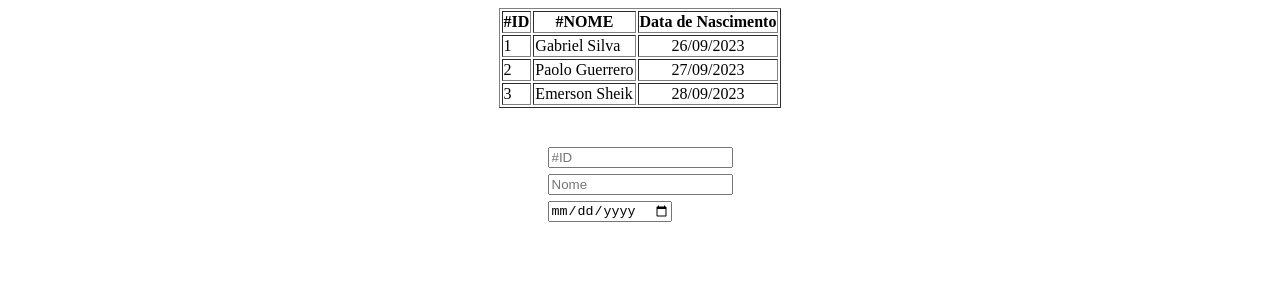
Repository: gabrielsilva9810/FATEC_LABEngSoftware
Page: ExemploHTML/src/main/webapp/index.html
An editor plug-in stored every save of this project. The page is shown before and after the next save, followed by the edit.
The browser window is 1280 px wide. The pictures show the whole page.

Above is the page before, as saved 2023-08-26 13:22:49.

### ExemploHTML/src/main/webapp/index.html
<!DOCTYPE html>
<html>

<head>
	<meta charset="UTF-8">
	<title>Exemplo HTML</title>
</head>

<body>
	<div align="center">

		<table border=1>
			<thead>
				<tr>
					<th><b> #ID</b></th>
					<th><b> #NOME</b></th>
					<th><b> Data de Nascimento</b></th>
				</tr>
			</thead>
			<tbody>
				<tr>
					<td>1</td>
					<td>Gabriel Silva</td>
					<td align="center">26/09/2023</td>
				</tr>

				<tr>
					<td>2</td>
					<td>Paolo Guerrero</td>
					<td align="center">27/09/2023</td>
				</tr>

				<tr>
					<td>3</td>
					<td>Emerson Sheik</td>
					<td align="center">28/09/2023</td>
				</tr>


			</tbody>
		</table>

		<br />
		<br />

		<div align="center">
			<table>
				<tr>

					<td>
						<input type="number" min="0" step="1" id="id" name="id" placeholder="#ID" required="required">

					</td>
				<tr>

				</tr>
				<td>
					<input type="text" id="nome" name="nome" placeholder="Nome" required="required">

				</td>

				<tr>

				</tr>
				<td>
					<input type="date" id="id" name="dataNasc" placeholder="Data de Nascimento" required="required">

				</td>

				</tr>
			</table>

		</div>

	</div>
</body>

</html>

After the next save:
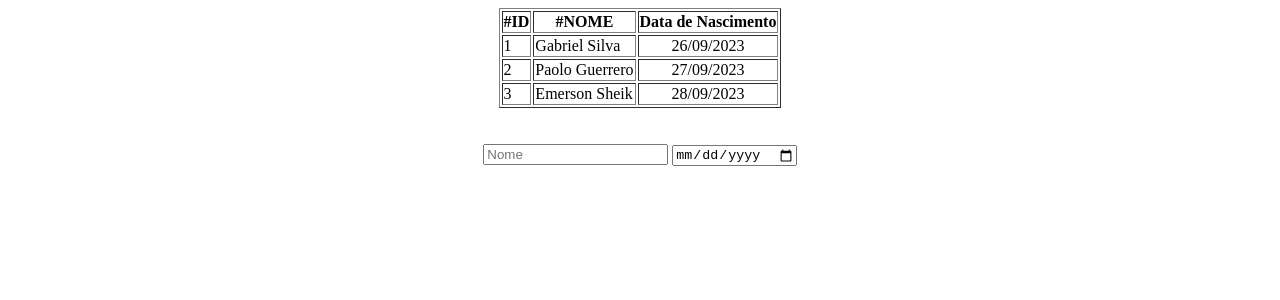
Saved 2 min 8 s later.
--- a/ExemploHTML/src/main/webapp/index.html
+++ b/ExemploHTML/src/main/webapp/index.html
@@ -44,6 +44,11 @@
 		<br />
 
 		<div align="center">
+
+			<form action="https://leandrocolevati.com.br/>
+
+
+
 			<table>
 				<tr>
 
@@ -70,6 +75,9 @@
 				</tr>
 			</table>
 
+			</form>
+
+
 		</div>
 
 	</div>

After the save that followed:
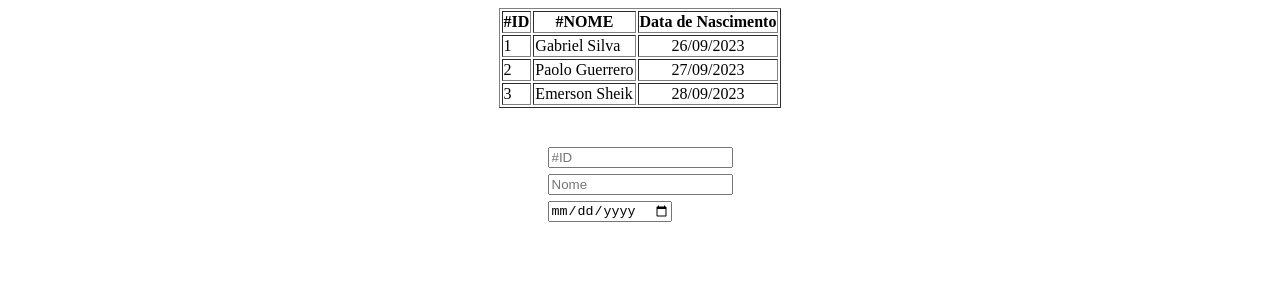
Saved 11 s later.
--- a/ExemploHTML/src/main/webapp/index.html
+++ b/ExemploHTML/src/main/webapp/index.html
@@ -45,7 +45,7 @@
 
 		<div align="center">
 
-			<form action="https://leandrocolevati.com.br/>
+			<form action="https://leandrocolevati.com.br/">
 
 
 
